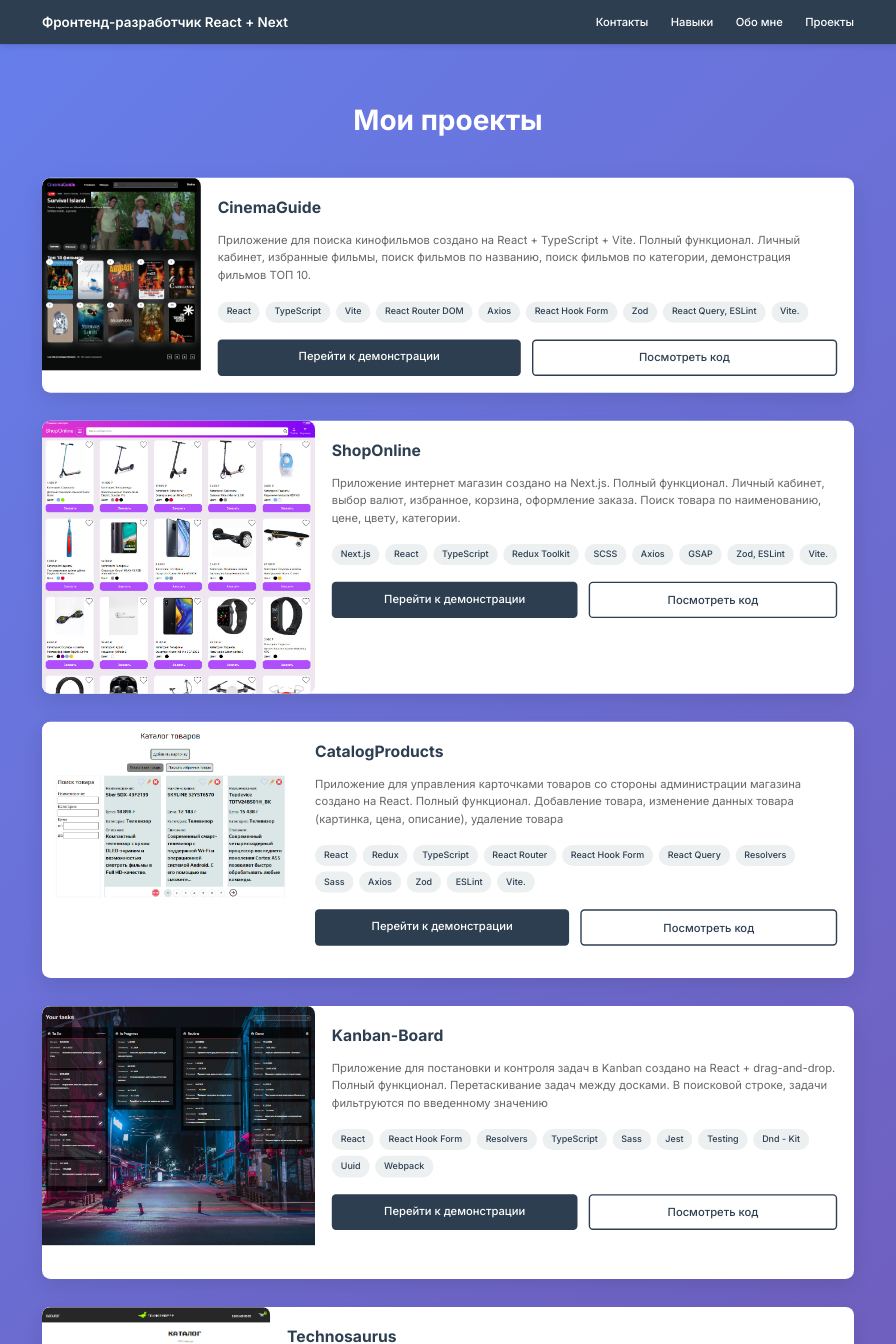
Repository: RostislavZeberg/resume-app
Page: /
These files come from the project's save history. The page is drawn as it stood at one moment and after the next save; the edit follows.
The browser window is 1280 px wide. The pictures show the part of the page from y = 0 to 1920 px (the page is 6589 px tall before and 6682 px after), at 70% of full size.
The project was rebuilt for these pictures with package versions that can differ from the ones it lists, and the page was loaded fresh each time. The framework's server and built-in components were replaced by stand-ins that run in the browser. Also part of the build but not shown: next.config.ts.

Above is the page before, as saved 2025-09-21 16:56:53.

### pages/_app.tsx
import type { AppProps } from 'next/app';
import '../styles/globals.scss';
import Head from 'next/head';

function MyApp({ Component, pageProps }: AppProps) {
  return (
    <>
      <Head>
        <meta name="viewport" content="width=device-width, initial-scale=1" />
        <meta name="theme-color" content="#2c3e50" />
        <meta name="description" content="Резюме фронтенд-разработчика React с 5+ годами опыта. Специализация: React, TypeScript, Next.js, Redux Toolkit." />
        <meta name="keywords" content="React, TypeScript, Next.js, фронтенд-разработчик, резюме" />
        <meta property="og:title" content="Фронтенд-разработчик React" />
        <meta property="og:description" content="Резюме фронтенд-разработчика React с 5+ годами опыта" />
        <meta property="og:type" content="website" />
        <link rel="icon" href="/favicon.ico" />
      </Head>
      <Component {...pageProps} />
    </>
  );
}

export default MyApp;

### pages/_document.tsx
import { Html, Head, Main, NextScript } from 'next/document';

export default function Document() {
  return (
    <Html lang="ru">
      <Head>
        <link rel="preconnect" href="https://fonts.googleapis.com" />
        <link rel="preconnect" href="https://fonts.gstatic.com" crossOrigin="anonymous" />
        <link href="https://fonts.googleapis.com/css2?family=Inter:wght@300;400;500;600;700&display=swap" rel="stylesheet" />

        {/* Фавикон */}
        <link rel="icon" href="/favicon.ico" sizes="any" />
        <link rel="icon" href="/favicon.svg" type="image/svg+xml" />
        <link rel="apple-touch-icon" href="/apple-touch-icon.png" />
        <link rel="manifest" href="/manifest.webmanifest" />

        {/* Мета-теги */}
        <meta name="theme-color" content="#2c3e50" />
        <meta name="description" content="Резюме фронтенд-разработчика React с 5+ годами опыта. Специализация: React, TypeScript, Next.js, Redux Toolkit." />
        <meta name="keywords" content="React, TypeScript, Next.js, фронтенд-разработчик, резюме" />
      </Head>
      <body>
        <Main />
        <NextScript />
      </body>
    </Html>
  );
}

### pages/index.tsx
import Head from 'next/head';
import { NextPage } from 'next';
import Contacts from '../components/Sections/Contacts';
import Skills from '../components/Sections/Skills';
import About from '../components/Sections/About';
import Projects from '../components/Sections/Projects';
import Header from '../components/Layout/Header';

const Home: NextPage = () => {
  return (
    <>
      <Head>
        <title>Фронтенд-разработчик React | Резюме</title>
        <meta name="description" content="Резюме фронтенд-разработчика React с 5+ годами опыта. Специализация: React, TypeScript, Next.js, Redux Toolkit." />
        <meta name="keywords" content="React, TypeScript, Next.js, фронтенд-разработчик, резюме" />
        <meta property="og:title" content="Фронтенд-разработчик React" />
        <meta property="og:description" content="Резюме фронтенд-разработчика React с 5+ годами опыта" />
        <meta property="og:type" content="website" />
        <link rel="icon" href="/favicon.ico" />
      </Head>

      <Header />
      <main>
        <Projects />
        <Skills />
        <About />
        <Contacts />
      </main>
    </>
  );
};

export default Home;

### styles/globals.scss
// Переменные и миксины
@import './variables.scss';
@import './mixins';

// Глобальные стили
* {
  box-sizing: border-box;
  margin: 0;
  padding: 0;
}

html {
  scroll-behavior: smooth;
  scroll-padding-top: 60px;
}

body {
  font-family: 'Inter', 'Arial', sans-serif;
  line-height: 1.6;
  color: $text-color;
  background-color: $background-color;
  padding-top: 60px;
}

.container {
  max-width: 1200px;
  margin: 0 auto;
  padding: 0 20px;
}

section {
  padding: 80px 0;

  h2 {
    text-align: center;
    margin-bottom: 50px;
    font-size: 2.5rem;
    color: $primary-color;
  }
}

// Анимации
@keyframes fadeIn {
  from {
    opacity: 0;
    transform: translateY(20px);
  }
  to {
    opacity: 1;
    transform: translateY(0);
  }
}

.fade-in {
  animation: fadeIn 0.6s ease forwards;
}

// Адаптивность
@include desktop {
  .container {
    max-width: 1200px;
  }
}

@include tablet {
  .container {
    max-width: 100%;
    padding: 0 15px;
  }

  section {
    padding: 60px 0;

    h2 {
      font-size: 2rem;
      margin-bottom: 40px;
    }
  }
}

@include mobile {
  .container {
    padding: 0 10px;
  }

  section {
    padding: 40px 0;

    h2 {
      font-size: 1.8rem;
      margin-bottom: 30px;
    }
  }
}

### components/Sections/Contacts.tsx
import React from 'react';
import Icon from '../UI/Icon';
import styles from '../../styles/sections/contacts.module.scss';
import { contacts } from '@/info/contacts';

const Contacts: React.FC = () => {

  return (
    <section id="contacts" className={styles.contacts}>
      <div className="container">
        <h2>Контакты</h2>
        <div className={styles.contactsGrid}>
          {contacts.map((contact, index) => (
            <a
              key={index}
              href={contact.href}
              className={styles.contactItem}
              target="_blank"
              rel="noopener noreferrer"
            >
              <Icon name={contact.icon} className={styles.contactIcon} />
              <span>{contact.text}</span>
            </a>
          ))}
        </div>
      </div>
    </section>
  );
};

export default Contacts;

### components/Sections/Skills.tsx
import React from 'react';
import styles from '../../styles/sections/skills.module.scss';

const Skills: React.FC = () => {
  const skillCategories = [
    {
      title: 'Основные технологии',
      skills: ['React', 'Redux', 'Redux Toolkit', 'TypeScript', 'Next.js', 'Sass/SCSS']
    },
    {
      title: 'Сборка и инструменты',
      skills: ['Vite', 'Webpack', 'Parcel', 'Gulp', 'Git', 'GitHub']
    },
    {
      title: 'Тестирование',
      skills: ['Unit-тестирование', 'Jest', 'React Testing Library']
    },
    {
      title: 'Дополнительные навыки',
      skills: ['HTTP/REST', 'ООП', 'DRY/KISS', 'WordPress', 'Vue.js', 'SQL', 'Python', 'Docker', 'Linux']
    },
    {
      title: 'Языки',
      skills: ['Английский (B1)']
    }
  ];

  return (
    <section id="skills" className={styles.skills}>
      <div className="container">
        <h2>Мои навыки</h2>
        <div className={styles.skillsGrid}>
          {skillCategories.map((category, index) => (
            <div key={index} className={styles.skillCategory}>
              <h3>{category.title}</h3>
              <ul>
                {category.skills.map((skill, i) => (
                  <li key={i}>{skill}</li>
                ))}
              </ul>
            </div>
          ))}
        </div>
      </div>
    </section>
  );
};

export default Skills;

### components/Sections/About.tsx
import React from 'react';
import styles from '../../styles/sections/about.module.scss';

const About: React.FC = () => {
  return (
    <section id="about" className={styles.about}>
      <div className="container">
        <h2>Обо мне</h2>
        <div className={styles.aboutContent}>
          <p>
            Усидчив и внимателен к деталям, сосредоточен на выполнении задач, не отвлекаясь на внешние раздражители.
            Мой скрупулезный подход к архитектуре кода, его чистоте и читабельности сводит к минимуму возникновение ошибок
            при дальнейшей эксплуатации проектов.
          </p>
          <p>
            Коммуникабелен и открыт для общения с коллегами, что позволяет эффективно обсуждать проекты и находить оптимальные решения.
            Дисциплинированность помогает мне выстраивать свою работу по четкому плану, всегда выполнять задачи качественно и в срок,
            а также быть требовательным к себе.
          </p>
          <p>
            Инициативность является важной частью моей работы: я не боюсь доводить до руководства свои идеи и предложения по решению проблем.
            Обучаем и стремлюсь к постоянному развитию, ведь IT-отрасль динамично меняется, и изучение новых направлений и тенденций
            в программировании – это важная часть моего профессионального роста.
          </p>
          <p>
            Есть желание работать и развиваться в сфере разработки приложений, которая является частью моего восприятия мира.
            Я наслаждаюсь процессом создания кода и когда вижу результаты своей деятельности.
          </p>
          <p>
            К своим сильным сторонам отношу навыки работы в команде, стремление находить максимально эффективные и эстетичные решения,
            а также способность самостоятельно искать ресурсы для решения проблем и повышения профессионального уровня.
          </p>
          <p>
            Рассматриваю проектную деятельность и удаленную работу.
          </p>
        </div>
      </div>
    </section>
  );
};

export default About;

### components/Sections/Projects.tsx
import React from 'react';
import ProjectCard from '../UI/ProjectCard';
import styles from '../../styles/sections/projects.module.scss';
import { projects } from '@/info/projects';

const Projects: React.FC = () => {
  return (
    <section id="projects" className={styles.projects}>
      <div className="container">
        <h2>Мои проекты</h2>
        <div className={styles.projectsGrid}>
          {projects.map((project, index) => (
            <ProjectCard key={index} project={project} />
          ))}
        </div>
        <div className={styles.viewAll}>
          <a
            href="https://github.com/RostislavZeberg?tab=repositories"
            className={styles.viewAllButton}
            target="_blank"
            rel="noopener noreferrer"
          >
            Посмотреть все проекты
          </a>
        </div>
      </div>
    </section>
  );
};

export default Projects;

### components/Layout/Header.tsx
import React, { useState } from 'react';
import Link from 'next/link';
import styles from '../../styles/layout/header.module.scss';

const Header: React.FC = () => {
  const [isMenuOpen, setIsMenuOpen] = useState(false);

  const toggleMenu = () => {
    setIsMenuOpen(!isMenuOpen);
  };

  return (
    <header className={styles.header}>
      <div className="container">
        <nav className={styles.nav}>
          <div className={styles.logo}>
            <Link href="/">Фронтенд-разработчик React + Next</Link>
          </div>

          <button
            className={`${styles.menuToggle} ${isMenuOpen ? styles.active : ''}`}
            onClick={toggleMenu}
            aria-label="Меню"
          >
            <span></span>
            <span></span>
            <span></span>
          </button>

          <ul className={`${styles.navList} ${isMenuOpen ? styles.active : ''}`}>
            <li><a href="#contacts" onClick={() => setIsMenuOpen(false)}>Контакты</a></li>
            <li><a href="#skills" onClick={() => setIsMenuOpen(false)}>Навыки</a></li>
            <li><a href="#about" onClick={() => setIsMenuOpen(false)}>Обо мне</a></li>
            <li><a href="#projects" onClick={() => setIsMenuOpen(false)}>Проекты</a></li>
          </ul>
        </nav>
      </div>
    </header>
  );
};

export default Header;

### styles/variables.scss
// Цвета
$primary-color: #2c3e50;
$secondary-color: #3498db;
$accent-color: #e74c3c;
$background-color: #f9f9f9;
$text-color: #333;
$light-gray: #ecf0f1;

// Breakpoints
$desktop: 1280px;
$tablet: 1024px;
$small-tablet: 768px;
$mobile: 320px;

### styles/mixins.scss
@mixin desktop {
  @media (min-width: #{$desktop}) {
    @content;
  }
}

@mixin tablet {
  @media (min-width: #{$small-tablet}) and (max-width: #{$tablet}) {
    @content;
  }
}

@mixin small-tablet {
  @media (min-width: #{$mobile}) and (max-width: #{$small-tablet - 1px}) {
    @content;
  }
}

@mixin mobile {
  @media (max-width: #{$mobile}) {
    @content;
  }
}

@mixin flex-center {
  display: flex;
  justify-content: center;
  align-items: center;
}

@mixin card-shadow {
  box-shadow: 0 4px 6px rgba(0, 0, 0, 0.1);
  transition: box-shadow 0.3s ease;

  &:hover {
    box-shadow: 0 10px 20px rgba(0, 0, 0, 0.15);
  }
}

### components/UI/Icon.tsx
import React from 'react';
import Image from 'next/image';

interface IconProps {
  name: string;
  className?: string;
  width?: number;
  height?: number;
}

const Icon: React.FC<IconProps> = ({ name, className = '', width = 24, height = 24 }) => {
  return (
    <Image
      src={`/icons/${name}.svg`}
      alt={`${name} icon`}
      width={width}
      height={height}
      className={className}
    />
  );
};

export default Icon;

### styles/sections/contacts.module.scss
@import '../variables';
@import '../mixins';

.contacts {
  background: linear-gradient(135deg, #f5f7fa 0%, #c3cfe2 100%);
  padding: 100px 0;
}

.contactsGrid {
  display: grid;
  grid-template-columns: repeat(auto-fit, minmax(250px, 1fr));
  gap: 2rem;
  margin-top: 3rem;
}

.contactItem {
  display: flex;
  flex-direction: column;
  align-items: center;
  justify-content: center;
  background: white;
  padding: 2rem;
  border-radius: 12px;
  box-shadow: 0 10px 30px rgba(0, 0, 0, 0.1);
  transition: all 0.3s ease;
  text-decoration: none;
  color: $text-color;

  &:hover {
    transform: translateY(-5px);
    box-shadow: 0 15px 40px rgba(0, 0, 0, 0.15);

    .contactIcon {
      transform: scale(1.1);
    }
  }
}

.contactIcon {
  width: 60px;
  height: 60px;
  margin-bottom: 1rem;
  transition: transform 0.3s ease;
}

// Адаптивность
@include tablet {
  .contactsGrid {
    grid-template-columns: repeat(2, 1fr);
    gap: 1.5rem;
  }
}

@include small-tablet {
  .contactsGrid {
    grid-template-columns: 1fr;
    gap: 1rem;
  }

  .contactItem {
    padding: 1.5rem;
  }
}

@include mobile {
  .contacts {
    padding: 80px 0;
  }

  .contactIcon {
    width: 50px;
    height: 50px;
  }
}

### info/contacts.ts
export const contacts = [
  { icon: 'email', text: 'zeberg@bk.ru', href: 'mailto:zeberg@bk.ru' },
  { icon: 'phone', text: '+7(960)-552-4171', href: 'tel:+79605524171' },
  { icon: 'telegram', text: '@zeberg_jaguar', href: 'https://t.me/zeberg_jaguar' },
  { icon: 'github', text: 'GitHub', href: 'https://github.com/RostislavZeberg?tab=repositories' }
];

### styles/sections/skills.module.scss
@import '../variables';
@import '../mixins';

.skills {
  background-color: white;
}

.skillsGrid {
  display: grid;
  grid-template-columns: repeat(auto-fit, minmax(300px, 1fr));
  gap: 2rem;
}

.skillCategory {
  background: $light-gray;
  padding: 2rem;
  border-radius: 12px;
  box-shadow: 0 5px 15px rgba(0, 0, 0, 0.05);

  h3 {
    color: $primary-color;
    margin-bottom: 1.5rem;
    font-size: 1.3rem;
    position: relative;
    padding-bottom: 0.5rem;

    &::after {
      content: '';
      position: absolute;
      bottom: 0;
      left: 0;
      width: 40px;
      height: 3px;
      background: $secondary-color;
    }
  }

  ul {
    list-style: none;
  }

  li {
    margin-bottom: 0.8rem;
    padding-left: 1.5rem;
    position: relative;

    &::before {
      content: '▹';
      position: absolute;
      left: 0;
      color: $secondary-color;
    }
  }
}

// Адаптивность
@include tablet {
  .skillsGrid {
    grid-template-columns: repeat(2, 1fr);
    gap: 1.5rem;
  }
}

@include small-tablet {
  .skillsGrid {
    grid-template-columns: 1fr;
    gap: 1rem;
  }

  .skillCategory {
    padding: 1.5rem;
  }
}

@include mobile {
  .skillCategory {
    padding: 1.2rem;

    h3 {
      font-size: 1.2rem;
    }
  }
}

### styles/sections/about.module.scss
@import '../variables';
@import '../mixins';

.about {
  background-color: $light-gray;
}

.aboutContent {
  max-width: 800px;
  margin: 0 auto;

  p {
    margin-bottom: 1.5rem;
    line-height: 1.8;
    text-align: justify;
  }
}

// Адаптивность
@include tablet {
  .aboutContent {
    padding: 0 1rem;
  }
}

@include mobile {
  .aboutContent p {
    text-align: left;
  }
}

### components/UI/ProjectCard.tsx
import React from 'react';
import Image from 'next/image';
import styles from '../../styles/ui/project-card.module.scss';

interface Project {
  name: string;
  description: string;
  demoLink: string;
  codeLink: string;
  technologies: string[];
}

interface ProjectCardProps {
  project: Project;
}

const ProjectCard: React.FC<ProjectCardProps> = ({ project }) => {
  return (
    <div className={styles.projectCard}>
      <div className={styles.projectImage}>
        {/* <a href={project.demoLink} target="_blank" rel="noopener noreferrer">
        </a> */}
        <Image
          src={`/${project.name.toLowerCase()}.jpg`}
          alt={project.name}
          // className={styles.projectImage}
          width={400}
          height={250}
          style={{
            width: '100%',
            height: 'auto',
          }}
          placeholder="blur"
          blurDataURL="data:[embedded picture, 471 characters]"
        />
      </div>
      <div className={styles.projectContent}>
        <h3>{project.name}</h3>
        <p>{project.description}</p>
        <div className={styles.technologies}>
          {project.technologies.map((tech, index) => (
            <span key={index} className={styles.techTag}>{tech}</span>
          ))}
        </div>
        <div className={styles.projectActions}>
          <a
            href={project.demoLink}
            className={styles.demoButton}
            target="_blank"
            rel="noopener noreferrer"
          >
            Перейти к демонстрации
          </a>
          <a
            href={project.codeLink}
            className={styles.codeButton}
            target="_blank"
            rel="noopener noreferrer"
          >
            Посмотреть код
          </a>
        </div>
      </div>
    </div>
  );
};

export default ProjectCard;

### styles/sections/projects.module.scss
@import '../variables';
@import '../mixins';

.projects {
  background: linear-gradient(135deg, #667eea 0%, #764ba2 100%);
  color: white;

  h2 {
    color: white;
  }
}

.projectsGrid {
  display: flex;
  flex-direction: column;
  // display: grid;
  // grid-template-columns: repeat(auto-fit, minmax(350px, 1fr));
  gap: 2.5rem;
  // margin-bottom: 3rem;
}

.viewAll {
  text-align: center;
  margin-top: 3rem;
}

.viewAllButton {
  display: inline-block;
  padding: 1rem 2rem;
  background: white;
  color: $primary-color;
  text-decoration: none;
  border-radius: 30px;
  font-weight: 600;
  transition: all 0.3s ease;
  box-shadow: 0 5px 15px rgba(0, 0, 0, 0.1);

  &:hover {
    transform: translateY(-3px);
    box-shadow: 0 10px 25px rgba(0, 0, 0, 0.2);
    background: $accent-color;
    color: white;
  }
}

// Адаптивность
@include tablet {
  .projectsGrid {
    grid-template-columns: repeat(2, 1fr);
    gap: 2rem;
  }
}

@include small-tablet {
  .projectsGrid {
    grid-template-columns: 1fr;
    gap: 1.5rem;
  }
}

@include mobile {
  .projectsGrid {
    grid-template-columns: 1fr;
    gap: 1.5rem;
  }

  .viewAllButton {
    padding: 0.8rem 1.5rem;
    font-size: 0.9rem;
  }
}

### styles/layout/header.module.scss
@import '../variables';
@import '../mixins';

.header {
  background-color: $primary-color;
  color: white;
  position: fixed;
  top: 0;
  left: 0;
  right: 0;
  z-index: 1000;
  box-shadow: 0 2px 10px rgba(0, 0, 0, 0.1);
}

.nav {
  display: flex;
  justify-content: space-between;
  align-items: center;
  padding: 1rem 0;
}

.logo {
  a {
    color: white;
    text-decoration: none;
    font-weight: 600;
    font-size: 1.2rem;

    &:hover {
      color: $accent-color;
    }
  }
}

.navList {
  display: flex;
  list-style: none;
  gap: 2rem;

  a {
    color: white;
    text-decoration: none;
    font-weight: 500;
    transition: color 0.3s ease;

    &:hover {
      color: $accent-color;
    }
  }
}

.menuToggle {
  display: none;
  flex-direction: column;
  justify-content: space-around;
  width: 2rem;
  height: 2rem;
  background: transparent;
  border: none;
  cursor: pointer;
  padding: 0;

  span {
    width: 2rem;
    height: 0.25rem;
    background: white;
    border-radius: 10px;
    transition: all 0.3s linear;
    position: relative;
    transform-origin: 1px;
  }
}

// Адаптивность
@include tablet {
  .navList {
    gap: 1.5rem;
  }
}

@include small-tablet {
  .menuToggle {
    display: flex;
    z-index: 1001;
  }

  .navList {
    position: fixed;
    top: 0;
    right: 0;
    height: 100vh;
    width: 70%;
    background: $primary-color;
    flex-direction: column;
    justify-content: center;
    align-items: center;
    transform: translateX(100%);
    transition: transform 0.3s ease-in-out;

    &.active {
      transform: translateX(0);
    }
  }

  .menuToggle.active {
    span:nth-child(1) {
      transform: rotate(45deg);
    }

    span:nth-child(2) {
      opacity: 0;
    }

    span:nth-child(3) {
      transform: rotate(-45deg);
    }
  }
}

@include mobile {
  .logo a {
    font-size: 1rem;
  }
}

### styles/ui/project-card.module.scss
@import '../variables';
@import '../mixins';

.projectCard {
  display: flex;
  background: white;
  border-radius: 12px;
  overflow: hidden;
  box-shadow: 0 10px 30px rgba(0, 0, 0, 0.1);
  transition: all 0.3s ease;
  color: $text-color;

  &:hover {
    transform: translateY(-5px);
    box-shadow: 0 15px 40px rgba(0, 0, 0, 0.2);
  }
}

.projectImage {
  position: relative;
  overflow: hidden;
  max-width: 390px;
  aspect-ratio: 7 / 7;
  border-radius: 12px;

  // Стили для Next.js Image компонента
  >div {
    position: relative !important;
  }

  img {
    transition: transform 0.5s ease;
  }

  &:hover img {
    transform: scale(1.05);
  }
}

.projectContent {
  padding: 1.5rem;

  h3 {
    color: $primary-color;
    margin-bottom: 1rem;
    font-size: 1.4rem;
  }

  p {
    margin-bottom: 1.5rem;
    line-height: 1.6;
    color: lighten($text-color, 20%);
  }
}

.technologies {
  display: flex;
  flex-wrap: wrap;
  gap: 0.5rem;
  margin-bottom: 1.5rem;
}

.techTag {
  background: $light-gray;
  color: $primary-color;
  padding: 0.3rem 0.8rem;
  border-radius: 20px;
  font-size: 0.8rem;
  font-weight: 500;
}

.projectActions {
  display: flex;
  gap: 1rem;

  a {
    flex: 1;
    text-align: center;
    padding: 0.7rem 1rem;
    border-radius: 6px;
    text-decoration: none;
    font-weight: 500;
    transition: all 0.3s ease;

    &.demoButton {
      background: $primary-color;
      color: white;

      &:hover {
        background: darken($primary-color, 10%);
      }
    }

    &.codeButton {
      background: transparent;
      color: $primary-color;
      border: 2px solid $primary-color;

      &:hover {
        background: $primary-color;
        color: white;
      }
    }
  }
}

// Адаптивность
@include tablet {
  .projectContent {
    padding: 1.2rem;
  }

  .projectActions {
    flex-direction: column;
    gap: 0.7rem;
  }
}

@include mobile {
  .projectImage {
    height: 180px;
    flex-direction: column;
    align-items: center;
  }

  .projectContent {
    padding: 1rem;

    h3 {
      font-size: 1.2rem;
    }
  }

  .technologies {
    gap: 0.3rem;
  }

  .techTag {
    font-size: 0.7rem;
    padding: 0.2rem 0.6rem;
  }
}

Loaded but not shown: info/projects.ts (66 lines, source omitted)

After the next save:
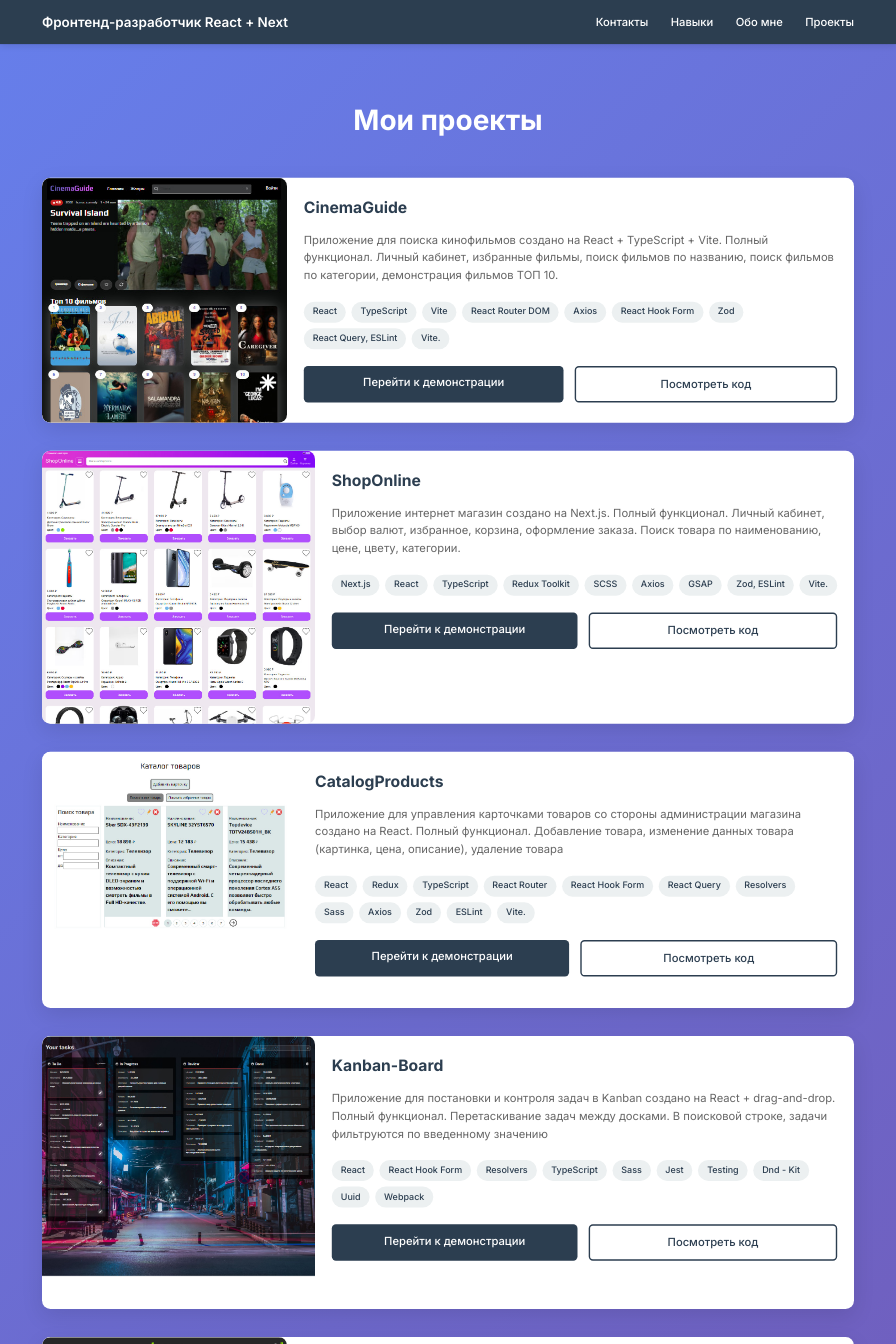
Saved 4 min 21 s later.
--- a/styles/ui/project-card.module.scss
+++ b/styles/ui/project-card.module.scss
@@ -20,6 +20,7 @@
   position: relative;
   overflow: hidden;
   max-width: 390px;
+  min-width: 350px;
   aspect-ratio: 7 / 7;
   border-radius: 12px;
 
